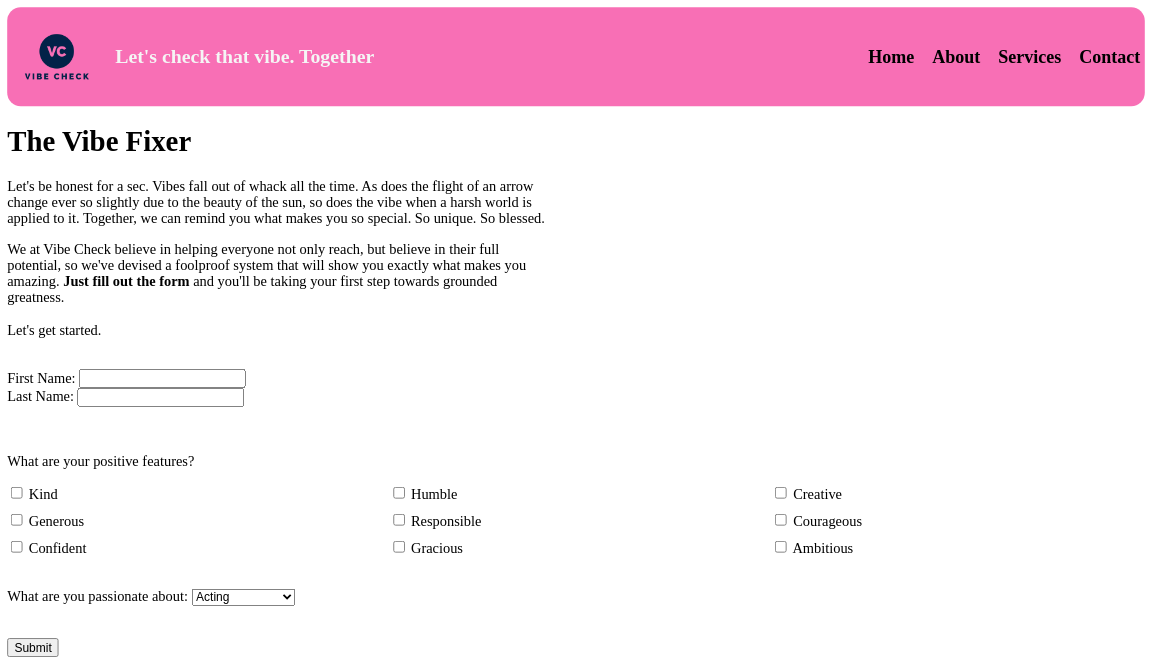
Repository: Chadloswald/Dis-Service
Page: docs/index.html
These files come from the project's save history. The page is drawn as it stood at one moment and after the next save; the edit follows.
The browser window is 1280 px wide. The pictures show the whole page, at 90% of full size.

Above is the page before, as saved 2023-05-02 20:41:29.

After the next save:
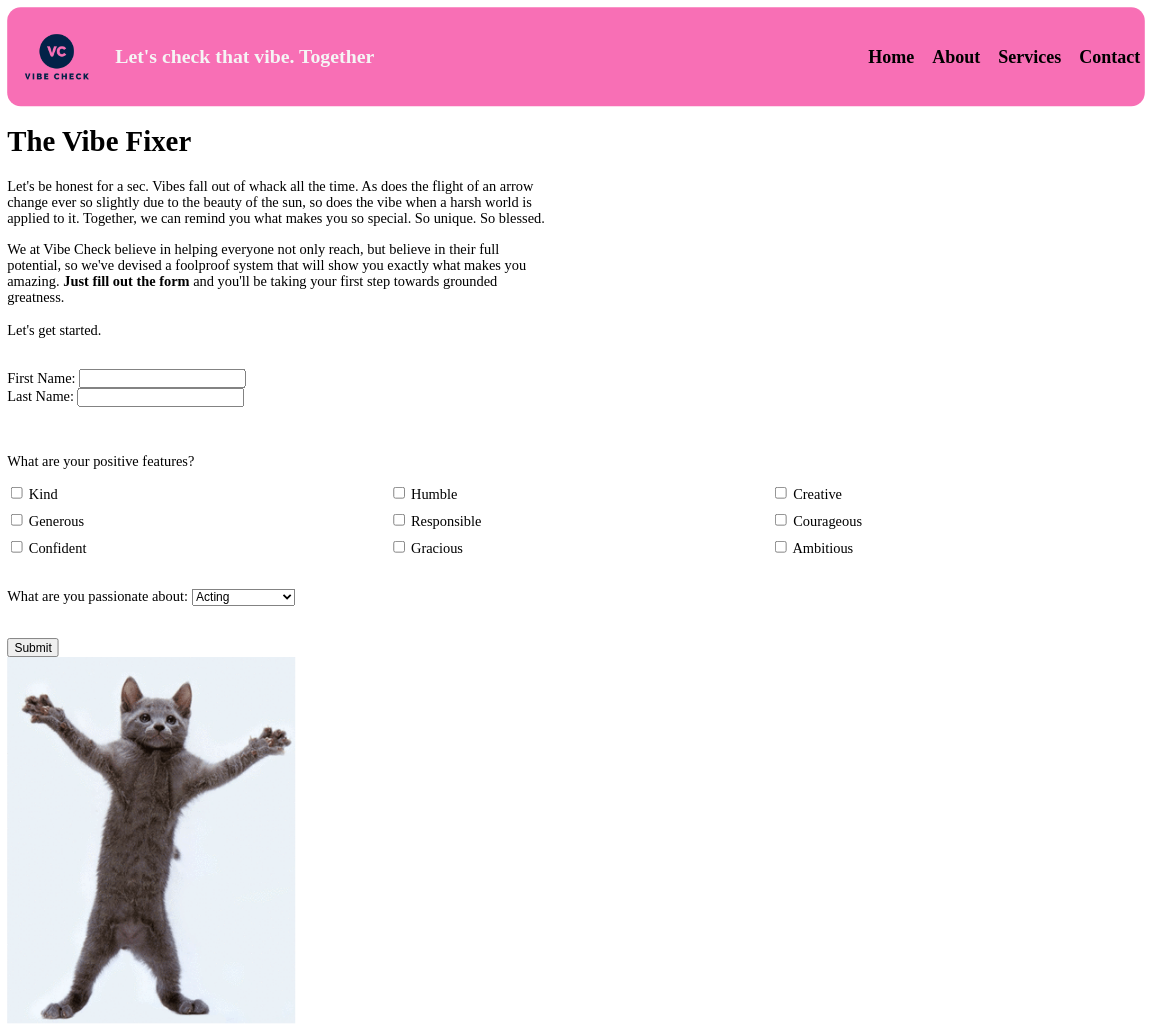
Saved 5 min 25 s later.
--- a/docs/index.html
+++ b/docs/index.html
@@ -116,6 +116,6 @@
 		<br><br>
 		<input type="submit" value="Submit" onclick="displayMessage()">
 	</form>
-	<img id="gif" alt="" src="catdance.gif" style="display: none;">
+	<img id="gif" alt="" src="catdance.gif">
 </body>
 </html>

After the save that followed:
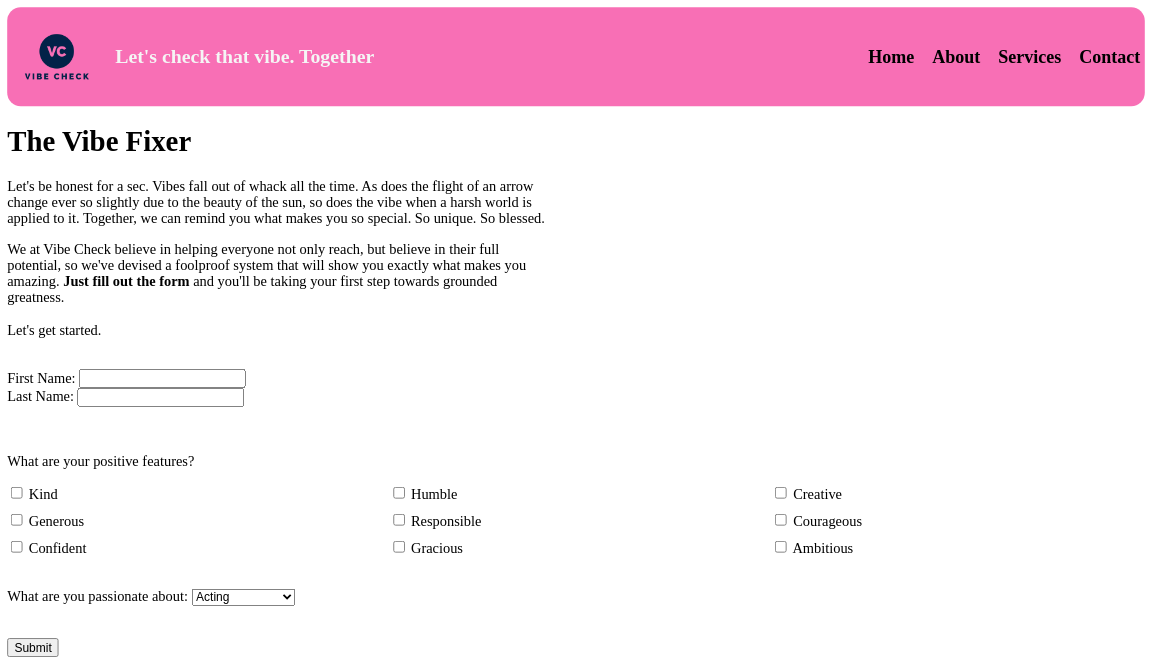
Saved 5 s later.
--- a/docs/styles.css
+++ b/docs/styles.css
@@ -55,3 +55,7 @@ label {
   p {
 	max-width: 600px;
   }
+
+  #gif {
+	display: none;
+  }
